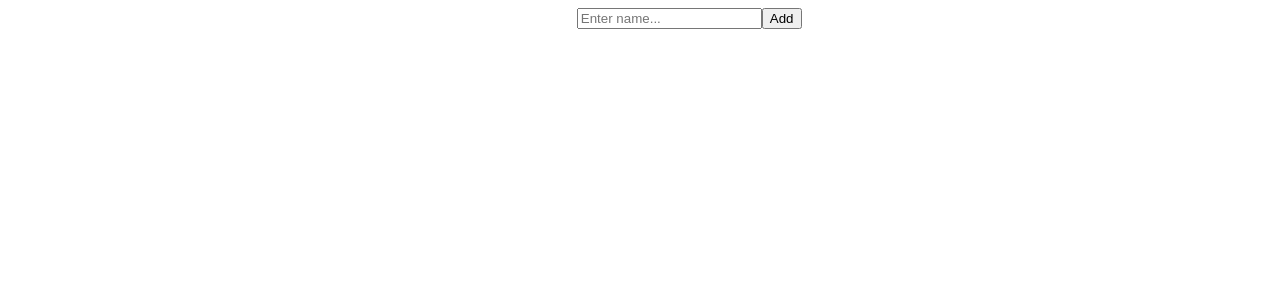
Repository: dohuuxuyen/redux-todolist
Page: /
These files come from the project's save history. The page is drawn as it stood at one moment and after the next save; the edit follows.
The browser window is 1280 px wide. The pictures show the whole page.
The project was rebuilt for these pictures with package versions that can differ from the ones it lists, and the page was loaded fresh each time. Also part of the build but not shown: src/App.css.

Above is the page before, as saved 2022-04-30 13:53:27.

### src/index.js
import React from "react";
import ReactDOM from "react-dom/client";
import { Provider } from "react-redux";
import App from "./App";
import store from "./redux/store";

const root = ReactDOM.createRoot(document.getElementById("root"));
root.render(
  <Provider store={store}>
    <App />
  </Provider>
);

### src/App.js
import "./App.css";
import Todos from "./components/Todos/Todos";

function App() {
  return (
    <div className="App">
      <Todos />
    </div>
  );
}

export default App;

### src/components/Todos/Todos.jsx
import React, { useRef } from "react";
import { useDispatch, useSelector } from "react-redux";
import { addTodos, deleteTodos, setTodoInput } from "../../redux/actions";
import { todoInputSelector, todosSelector } from "../../redux/selector";

const Todos = () => {
  const refTodoInput = useRef();
  const todoInput = useSelector(todoInputSelector);
  const todos = useSelector(todosSelector);
  const dispatch = useDispatch();
  console.log(todos);

  const handleTodoInputChange = (e) => {
    dispatch(setTodoInput(e.target.value));
  };

  const handleAdd = () => {
    dispatch(addTodos(todoInput));
    dispatch(setTodoInput(""));
    refTodoInput.current.focus();
  };
  console.log(todoInput);

  const handleDelete = (index) => {
    dispatch(deleteTodos(index));
  };
  return (
    <div style={{ width: "500px", marginLeft: "45%" }}>
      <input
        ref={refTodoInput}
        value={todoInput}
        type="text"
        placeholder="Enter name..."
        onChange={handleTodoInputChange}
      />
      <button onClick={handleAdd}>Add</button>
      <ul>
        {todos.map((todo, index) => (
          <li key={index}>
            {todo}
            <button style={{}} onClick={() => handleDelete(index)}>
              Delete
            </button>
          </li>
        ))}
      </ul>
    </div>
  );
};

export default Todos;

### src/redux/reducer.js
import { combineReducers } from "redux";
import todosReducer from "../components/Todos/todosReducer";

const rootReducer = combineReducers({
  todos: todosReducer,
});

export default rootReducer;

### src/redux/actions.js
export const searchFilter = (payload) => {
  return {
    type: "Filter/SEARCH_FILTER",
    payload: payload,
  };
};

export const setTodoInput = (payload) => {
  return {
    type: "Todos/SET_TODO_INPUT",
    payload: payload,
  };
};

export const addTodos = (payload) => {
  return {
    type: "Todos/ADD_TODOS",
    payload: payload,
  };
};

export const deleteTodos = (payload) => {
  return {
    type: "Todos/DELETE_TODOS",
    payload: payload,
  };
};

export const clearTodos = (payload) => {
  return {
    type: "Todos/CLEAR_TODOS",
    payload: payload,
  };
};

export const updateTodos = (payload) => {
  return {
    type: "Todos/UPDATE_TODOS",
    payload: payload,
  };
};

### src/redux/selector.js
export const todoInputSelector = (state) => state.todos.todoInput;
export const todosSelector = (state) => state.todos.todos;

### src/components/Todos/todosReducer.js
const initialState = {
  todoInput: "",
  todos: [],
};

const todosReducer = (state = initialState, action) => {
  switch (action.type) {
    case "Todos/SET_TODO_INPUT":
      return {
        ...state,
        todoInput: action.payload,
      };
    case "Todos/ADD_TODOS":
      return {
        ...state,
        todos: [...state.todos, action.payload],
      };
    case "Todos/DELETE_TODOS":
      return {
        ...state,
        todos: [
          ...state.todos.filter((todo, index) => index !== action.payload),
        ],
      };
    default:
      return state;
  }
};

export default todosReducer;

Loaded but not shown: public/index.html (common file); src/redux/store.js (common file)

After the next save:
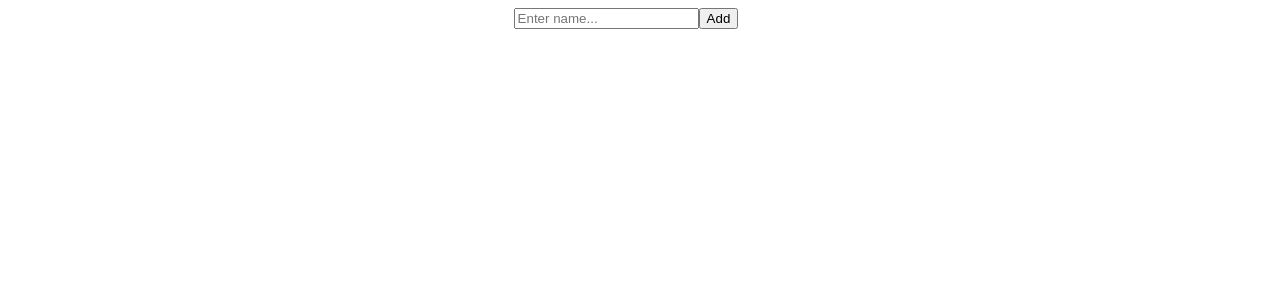
Saved 11 s later.
--- a/src/components/Todos/Todos.jsx
+++ b/src/components/Todos/Todos.jsx
@@ -25,7 +25,7 @@
     dispatch(deleteTodos(index));
   };
   return (
-    <div style={{ width: "500px", marginLeft: "45%" }}>
+    <div style={{ width: "500px", marginLeft: "40%" }}>
       <input
         ref={refTodoInput}
         value={todoInput}

After the save that followed:
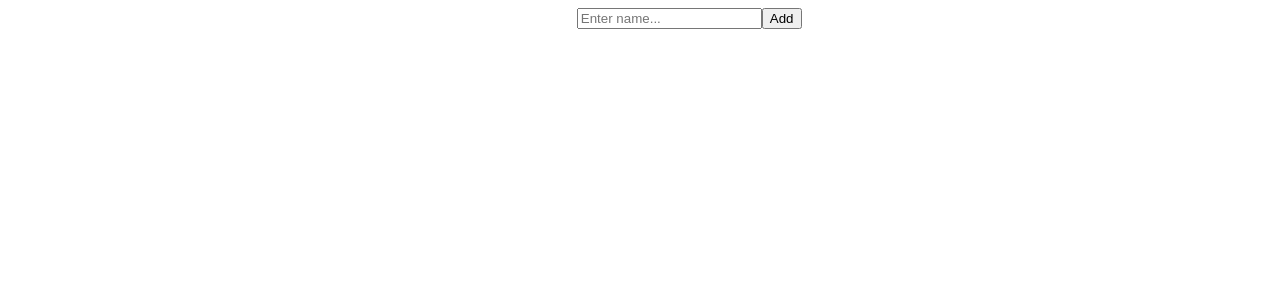
Saved 5 s later.
--- a/src/components/Todos/Todos.jsx
+++ b/src/components/Todos/Todos.jsx
@@ -25,7 +25,7 @@
     dispatch(deleteTodos(index));
   };
   return (
-    <div style={{ width: "500px", marginLeft: "40%" }}>
+    <div style={{ width: "500px", marginLeft: "45%" }}>
       <input
         ref={refTodoInput}
         value={todoInput}
